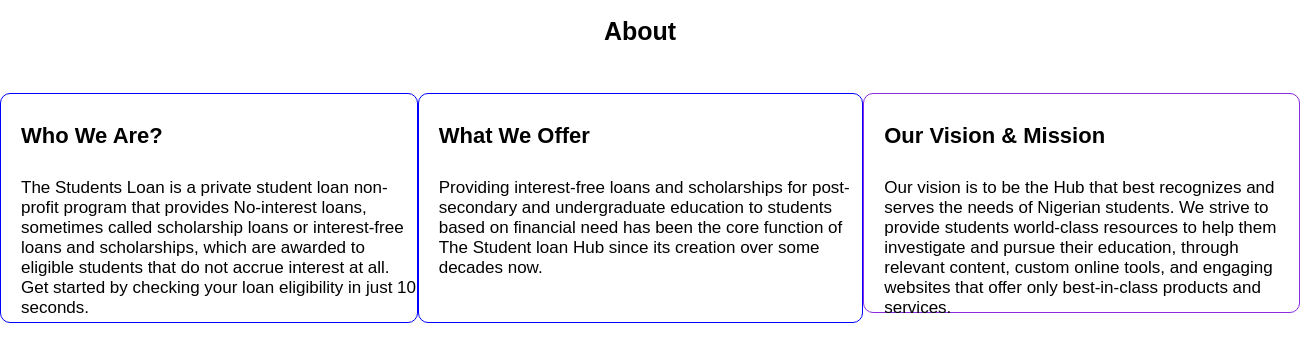
Repository: Tobby004/basic-loanweb
Page: about.html
The author's editor kept a copy of each file at every save. The page is drawn from the files as they stood at one save, then again after the next save.
The browser window is 1280 px wide. The page is 1300 px wide, so the pictures cover 1300 px, including what lies to the right of the window. The pictures show the whole page.

Above is the page before, as saved 2023-07-05 10:40:01.

After the next save:
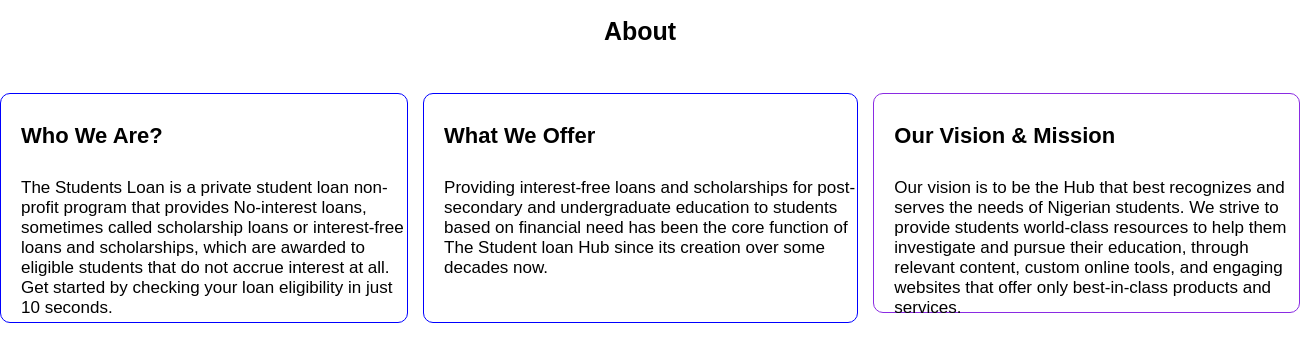
Saved 29 s later.
--- a/about.css
+++ b/about.css
@@ -19,6 +19,7 @@ h1 {
     height: 300px;
     width: 1300px;
     background: #ffffff;
+   gap: 15px;
 }
 .box-1{
   margin-top: 30px;
